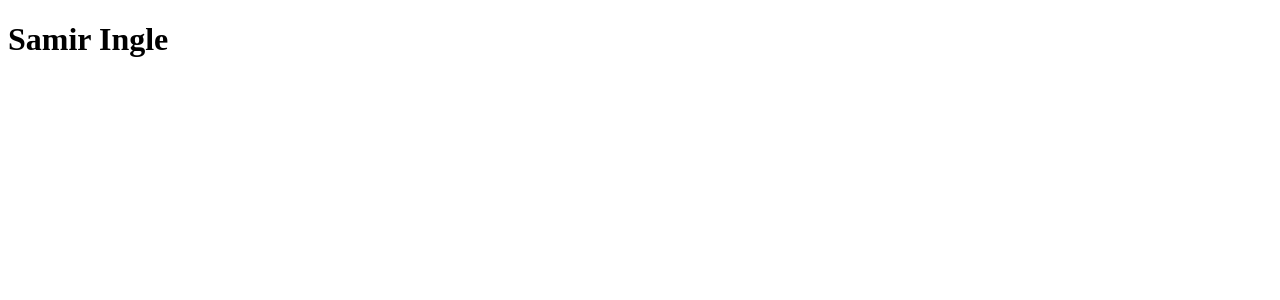
Repository: SamirIngley/html-semantic
Page: templates2/index2.html
These files come from the project's save history. The page is drawn as it stood at one moment and after the next save; the edit follows.
The browser window is 1280 px wide. The pictures show the whole page.

Above is the page before, as saved 2020-02-09 09:33:09.

After the next save:
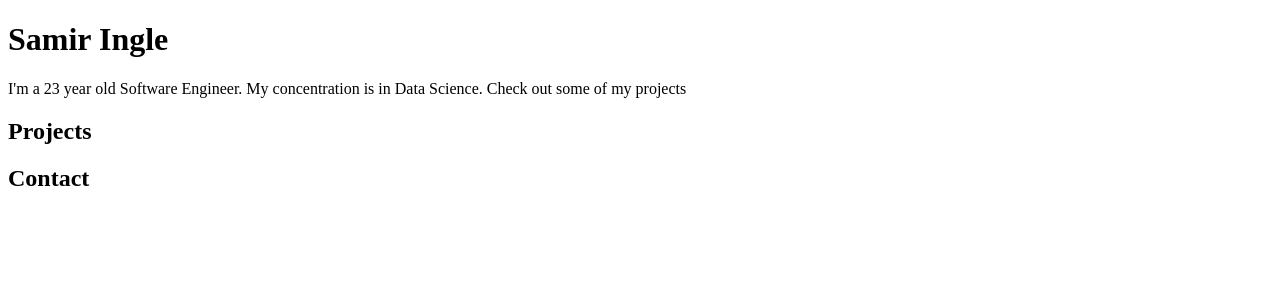
Saved 8 min 58 s later.
--- a/templates2/index2.html
+++ b/templates2/index2.html
@@ -13,8 +13,28 @@
     <h1>Samir Ingle</h1>
 </div>
 
+<div class="bio">
+    <article>
+        <p>
+            I'm a 23 year old Software Engineer. My concentration
+            is in Data Science. Check out some of my projects
+        </p>
+    </article>
 
+</div>
 
+<div class="projects">
+    <h2>Projects</h2>
+    <p>
+
+    </p>
+
+</div>
+
+<div class="contact">
+    <h2>Contact</h2>
+
+</div>
 
 </body>
 </html>
